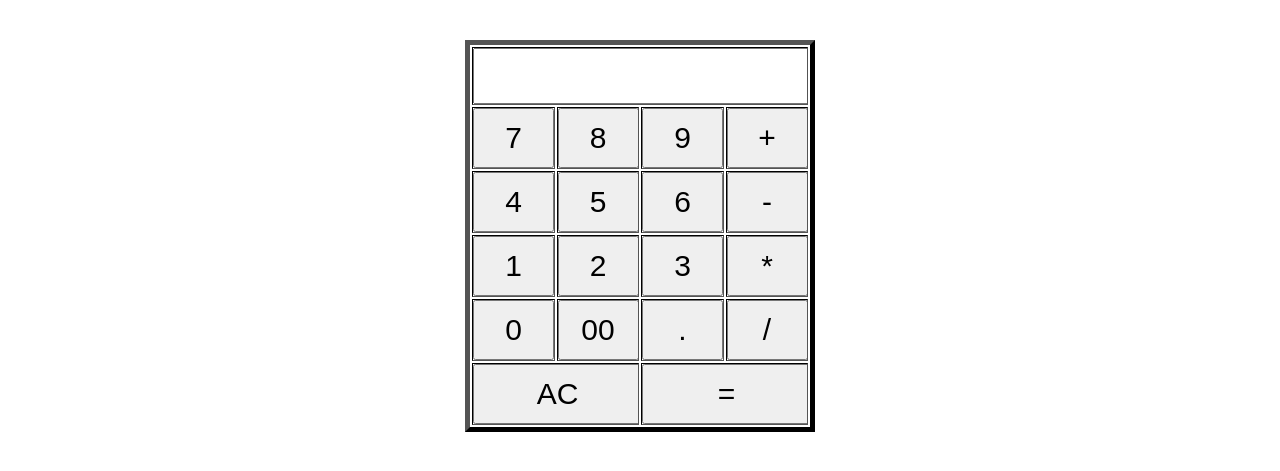
Repository: kurihara119/-
Page: index.html
The author's editor kept a record of every edit. The page is drawn from the files as they stood at one moment, then again after the next edit.
The browser window is 1280 px wide. The pictures show the whole page.
Some web libraries are served in a nearby version.

Above is the page before.

After the next edit:
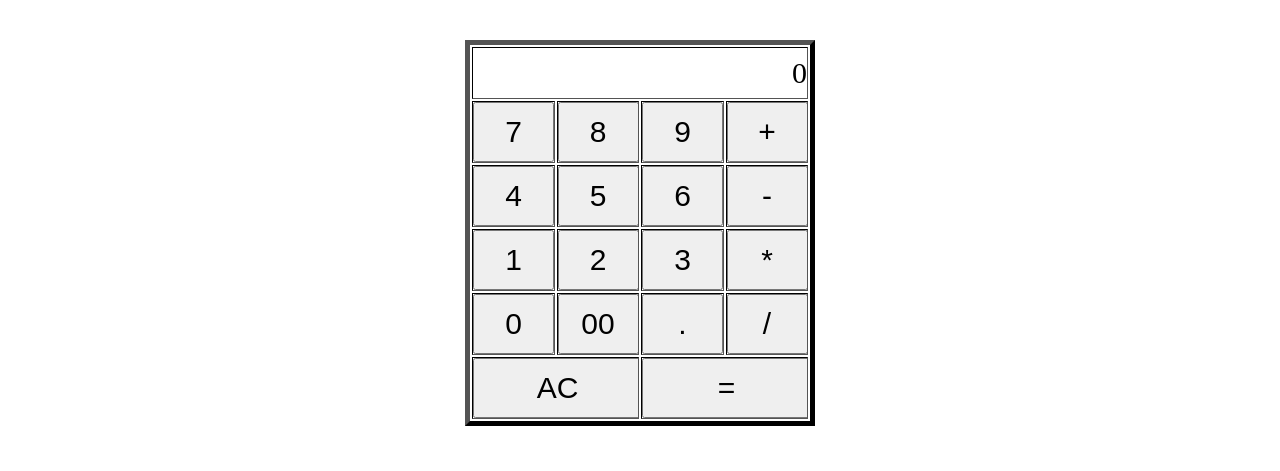
The edit:
--- a/index.html
+++ b/index.html
@@ -10,9 +10,7 @@
   <body>
     <table border="1">
       <tr>
-        <td colspan="4">
-          <input readonly type="text" id="result">
-        </td>
+        <td colspan="4" id="result" align="right">0</td>
       </tr>
       <tr>
         <td><button onclick="numClick(this)">7</button></td>
